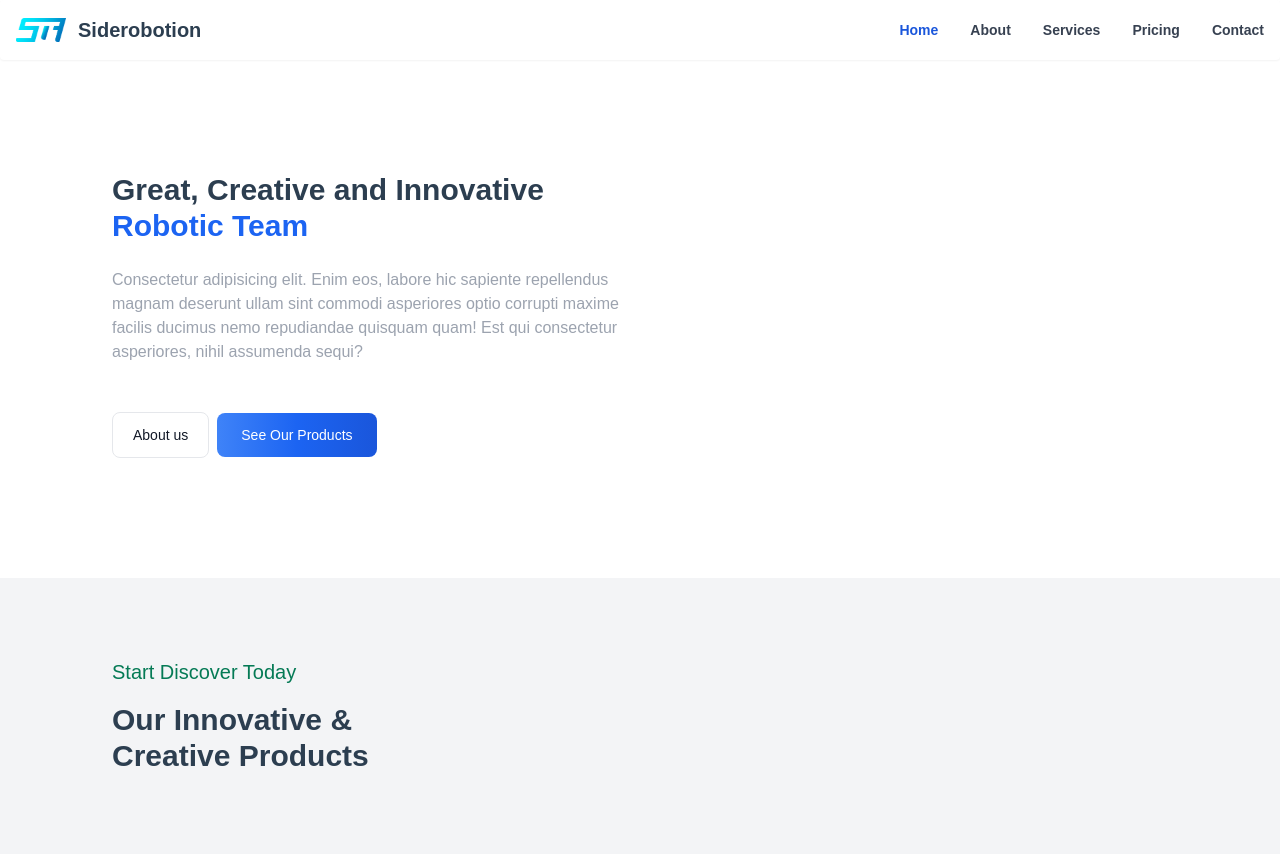
Repository: khulqu15/siderobotion
Page: /
An editor plug-in stored every save of this project. The page is shown before and after the next save, followed by the edit.
The browser window is 1280 px wide. The pictures show the whole page.
The project was rebuilt for these pictures with package versions that can differ from the ones it lists, and the page was loaded fresh each time. Also part of the build but not shown: vue.config.js.

Above is the page before, as saved 2022-06-12 02:24:34.

### src/main.js
import { createApp } from 'vue'
import App from './App.vue'
import './registerServiceWorker'
import router from './router'
import store from './store'
import 'flowbite'
import './index.css'

createApp(App)
  .use(store)
  .use(router)
  .mount('#app')

### src/index.css
@tailwind base;
@tailwind components;
@tailwind utilities;
@import url('https://fonts.googleapis.com/css2?family=Poppins:ital,wght@0,100;0,200;0,300;0,400;0,500;0,600;0,700;0,800;0,900;1,100;1,200;1,300;1,400;1,500;1,600;1,700;1,800;1,900&display=swap');

* {
  font-family: 'Poppins', sans-serif !important;
}

### src/views/HomeView.vue
<template>

  <web-layout>
    <div class="p-28 grid grid-cols-2 gap-4">
      <div class="text-start">
        <h1 class="text-3xl font-semibold">Great, Creative and Innovative <span class="text-blue-600">Robotic Team</span> </h1>
        <p class="text-gray-400 mt-6 mb-12">Consectetur adipisicing elit. Enim eos, labore hic sapiente repellendus magnam deserunt ullam sint commodi asperiores optio corrupti maxime facilis ducimus nemo repudiandae quisquam quam! Est qui consectetur asperiores, nihil assumenda sequi?</p>
        <button type="button" class="py-3 px-5 mr-2 mb-2 text-sm font-medium text-gray-900 focus:outline-none bg-white rounded-lg border border-gray-200 hover:bg-gray-100 hover:text-blue-700 focus:z-10 focus:ring-4 focus:ring-gray-200">About us</button>
        <button type="button" class="text-white bg-gradient-to-r from-blue-500 via-blue-600 to-blue-700 hover:bg-gradient-to-br focus:ring-4 focus:outline-none focus:ring-blue-300 dark:focus:ring-blue-800 font-medium rounded-lg text-sm px-6 py-3 text-center mr-2 mb-2">See Our Products</button>
      </div>
    </div>

    <div class="px-28 py-20 bg-gray-100">
      <div class="text-start">
        <p class="text-xl mb-4 text-green-600">Start Discover Today</p>
        <h1 class="text-3xl font-semibold">Our Innovative & <br> Creative Products</h1>
      </div>
    </div>
  </web-layout>

</template>

<script>
import WebLayout from '@/layouts/WebLayout.vue'
export default {
  name: 'HomeView',
  components: {
    WebLayout
  }
}
</script>

### src/layouts/WebLayout.vue
<template>
  <div id="app-web">
    <div id="nav">
      <navigation-header/>
    </div>
    <div id="body-content">
      <slot id="content"></slot>
    </div>
  </div>
</template>

<script>
import NavigationHeader from '@/components/NavigationHeader.vue'
export default {
  components: {
    NavigationHeader
  }
}
</script>

### src/components/NavigationHeader.vue
<template>
  <div>
    <nav class="bg-white border-gray-200 px-2 sm:px-4 py-4 shadow-sm rounded dark:bg-gray-800">
      <div class="container flex flex-wrap justify-between items-center mx-auto">
        <a href="/" class="flex items-center">
          <img :src="require('@/assets/logo.webp')" class="mr-3 h-4 sm:h-6" alt="Siderobotion Logo">
          <span class="self-center text-xl font-semibold whitespace-nowrap dark:text-white">Siderobotion</span>
        </a>
        <button data-collapse-toggle="mobile-menu" type="button" class="inline-flex items-center p-2 ml-3 text-sm text-gray-500 rounded-lg md:hidden hover:bg-gray-100 focus:outline-none focus:ring-2 focus:ring-gray-200 dark:text-gray-400 dark:hover:bg-gray-700 dark:focus:ring-gray-600" aria-controls="mobile-menu" aria-expanded="false">
          <span class="sr-only">Open main menu</span>
          <svg class="w-6 h-6" fill="currentColor" viewBox="0 0 20 20" xmlns="http://www.w3.org/2000/svg"><path fill-rule="evenodd" d="M3 5a1 1 0 011-1h12a1 1 0 110 2H4a1 1 0 01-1-1zM3 10a1 1 0 011-1h12a1 1 0 110 2H4a1 1 0 01-1-1zM3 15a1 1 0 011-1h12a1 1 0 110 2H4a1 1 0 01-1-1z" clip-rule="evenodd"></path></svg>
          <svg class="hidden w-6 h-6" fill="currentColor" viewBox="0 0 20 20" xmlns="http://www.w3.org/2000/svg"><path fill-rule="evenodd" d="M4.293 4.293a1 1 0 011.414 0L10 8.586l4.293-4.293a1 1 0 111.414 1.414L11.414 10l4.293 4.293a1 1 0 01-1.414 1.414L10 11.414l-4.293 4.293a1 1 0 01-1.414-1.414L8.586 10 4.293 5.707a1 1 0 010-1.414z" clip-rule="evenodd"></path></svg>
        </button>
        <div class="hidden w-full md:block md:w-auto" id="mobile-menu">
          <ul class="flex flex-col mt-4 md:flex-row md:space-x-8 md:mt-0 md:text-sm md:font-medium">
            <li>
              <a href="#" class="block py-2 pr-4 pl-3 text-white bg-blue-700 rounded md:bg-transparent md:text-blue-700 md:p-0 dark:text-white" aria-current="page">Home</a>
            </li>
            <li>
              <a href="#" class="block py-2 pr-4 pl-3 text-gray-700 border-b border-gray-100 hover:bg-gray-50 md:hover:bg-transparent md:border-0 md:hover:text-blue-700 md:p-0 dark:text-gray-400 md:dark:hover:text-white dark:hover:bg-gray-700 dark:hover:text-white md:dark:hover:bg-transparent dark:border-gray-700">About</a>
            </li>
            <li>
              <a href="#" class="block py-2 pr-4 pl-3 text-gray-700 border-b border-gray-100 hover:bg-gray-50 md:hover:bg-transparent md:border-0 md:hover:text-blue-700 md:p-0 dark:text-gray-400 md:dark:hover:text-white dark:hover:bg-gray-700 dark:hover:text-white md:dark:hover:bg-transparent dark:border-gray-700">Services</a>
            </li>
            <li>
              <a href="#" class="block py-2 pr-4 pl-3 text-gray-700 border-b border-gray-100 hover:bg-gray-50 md:hover:bg-transparent md:border-0 md:hover:text-blue-700 md:p-0 dark:text-gray-400 md:dark:hover:text-white dark:hover:bg-gray-700 dark:hover:text-white md:dark:hover:bg-transparent dark:border-gray-700">Pricing</a>
            </li>
            <li>
              <a href="#" class="block py-2 pr-4 pl-3 text-gray-700 hover:bg-gray-50 md:hover:bg-transparent md:border-0 md:hover:text-blue-700 md:p-0 dark:text-gray-400 md:dark:hover:text-white dark:hover:bg-gray-700 dark:hover:text-white md:dark:hover:bg-transparent">Contact</a>
            </li>
          </ul>
        </div>
      </div>
    </nav>

  </div>
</template>

### tailwind.config.js
module.exports = {

  content: [
    "./index.html",
    "./src/**/*.{vue,js,ts,jsx,tsx}",
    "./node_modules/flowbite/**/*.js",
  ],
  theme: {
    extend: {},
  },
  plugins: [
    require('flowbite/plugin')
  ]

}

Loaded but not shown: public/index.html (common file); src/App.vue (common file); src/registerServiceWorker.js (common file); src/router/index.js (common file); src/store/index.js (common file)

After the next save:
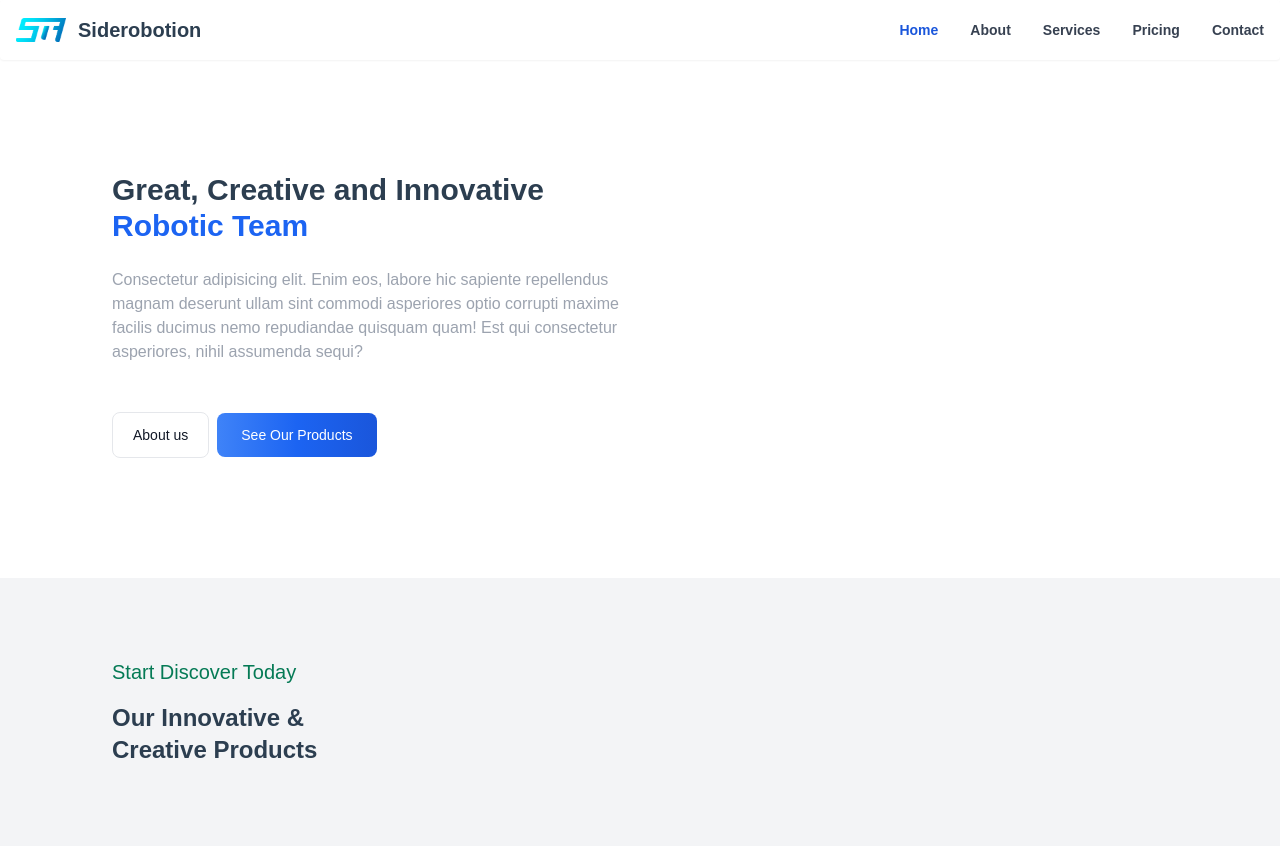
Saved 21 s later.
--- a/src/views/HomeView.vue
+++ b/src/views/HomeView.vue
@@ -13,7 +13,7 @@
     <div class="px-28 py-20 bg-gray-100">
       <div class="text-start">
         <p class="text-xl mb-4 text-green-600">Start Discover Today</p>
-        <h1 class="text-3xl font-semibold">Our Innovative & <br> Creative Products</h1>
+        <h1 class="text-2xl font-semibold">Our Innovative & <br> Creative Products</h1>
       </div>
     </div>
   </web-layout>
